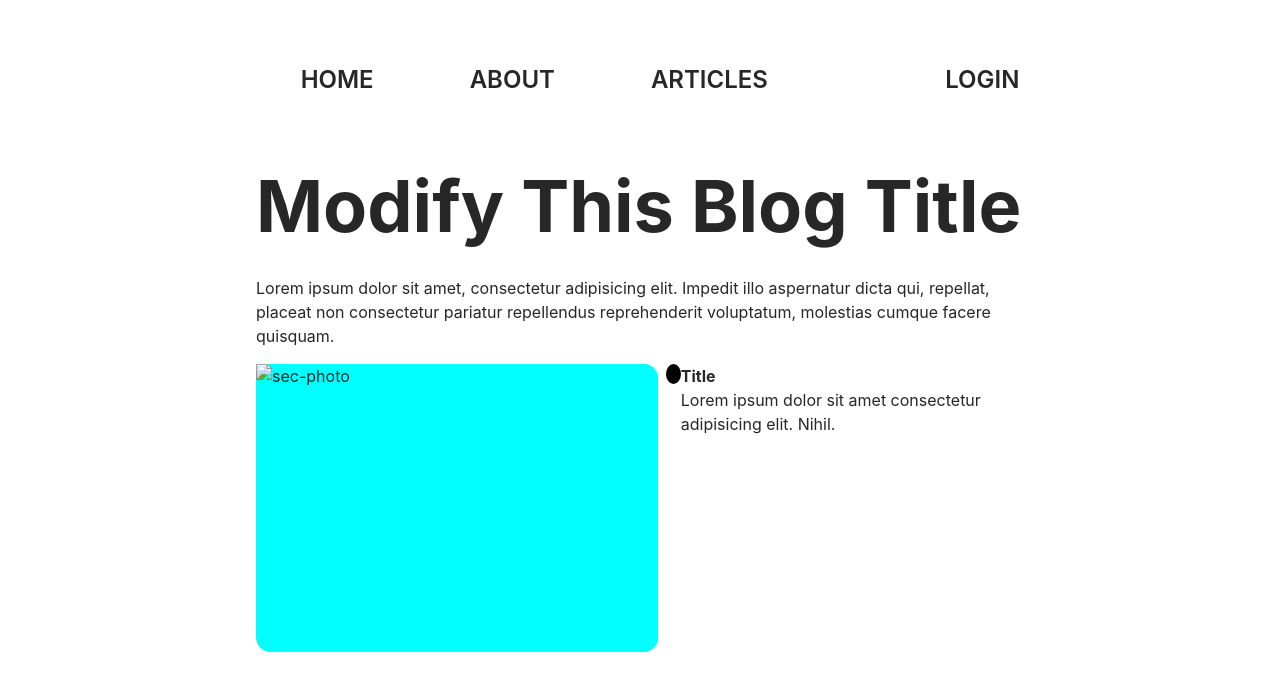
Repository: ValGrace/-static-site
Page: /home (app in client/)
These files come from the project's save history. The page is drawn as it stood at one moment and after the next save; the edit follows.
The browser window is 1280 px wide. The pictures show the whole page.
The project was rebuilt for these pictures with package versions that can differ from the ones it lists, and the page was loaded fresh each time. Also part of the build but not shown: client/vite.config.js, client/src/Utils/appwrite.js, client/src/Components/Inputs.css, client/src/Components/Login.jsx, client/src/Components/Signup.jsx.

Above is the page before, as saved 2023-02-05 12:07:42.

### client/src/main.jsx
import React from 'react'
import ReactDOM from 'react-dom/client'
import App from './App'
import './index.css'
import { BrowserRouter } from 'react-router-dom'
ReactDOM.createRoot(document.getElementById('root')).render(
  <React.StrictMode>
    <BrowserRouter>
    <App />
    </BrowserRouter>
  </React.StrictMode>,
)

### client/src/App.jsx
import PageRouter from './Routing/PageRouter'
import './App.css'

function App() {


  return (
    <div className="App">
      <PageRouter />
    </div>
  )
}

export default App

### client/src/index.css
:root {
  font-family: Inter, system-ui, Avenir, Helvetica, Arial, sans-serif;
  line-height: 1.5;
  font-weight: 400;

  color-scheme: light dark;
  color: rgba(7, 7, 7, 0.87);
  background-color: #ffffff;

  font-synthesis: none;
  text-rendering: optimizeLegibility;
  -webkit-font-smoothing: antialiased;
  -moz-osx-font-smoothing: grayscale;
  -webkit-text-size-adjust: 100%;
}

/* a {
  font-weight: 500;
  color: #646cff;
  text-decoration: inherit;
}
a:hover {
  color: #535bf2;
}

body {
  margin: 0;
  display: flex;
  place-items: center;
  min-width: 320px;
  min-height: 100vh;
}

h1 {
  font-size: 3.2em;
  line-height: 1.1;
}

button {
  border-radius: 8px;
  border: 1px solid transparent;
  padding: 0.6em 1.2em;
  font-size: 1em;
  font-weight: 500;
  font-family: inherit;
  background-color: #1a1a1a;
  cursor: pointer;
  transition: border-color 0.25s;
}
button:hover {
  border-color: #646cff;
}
button:focus,
button:focus-visible {
  outline: 4px auto -webkit-focus-ring-color;
}

@media (prefers-color-scheme: light) {
  :root {
    color: #213547;
    background-color: #ffffff;
  }
  a:hover {
    color: #747bff;
  }
  button {
    background-color: #f9f9f9;
  }
} */

### client/src/Routing/PageRouter.jsx
import Dashboard from "../Pages/Dashboard";
import HomePage from "../Pages/HomePage";
import { Routes, Route} from "react-router-dom"

const PageRouter = () => {
    return (
        <Routes>
            <Route path="/" element={<Dashboard />} />
            <Route path="/home" element={<HomePage />} />
        </Routes>
    )
}

export default PageRouter

### client/src/App.css
.App {
  display: flex;
  flex-direction: column;
  justify-content: center;
  align-items: center;
}

### client/src/Pages/Dashboard.jsx
import React, { useReducer} from 'react'
import Login from '../Components/Login'
import Signup from '../Components/Signup'
import "../Components/Inputs.css"
const initialState = {page : <Login />}
function reducer(state, action) {
    switch(action.type) {
        case 'loginpage':
          return { page: <Login />}
        case 'signuppage':
            return { page: <Signup />}
        default:
            return { page: <h2>Loading....</h2>}
    }
}
const Dashboard = () => {
    const [state, dispatch] = useReducer(reducer, initialState)
    return (
        <div className='dashboard'>
         <h2>Static Site Generator</h2>
         <div>Static site Image</div>
         <div className='dash' id='dash'>
            <div className='toggleForms'>
                <button onClick={() => dispatch({type: 'loginpage'})} className="type-btn">Login</button>
                <button onClick={() => dispatch({type: 'signuppage'})} className="type-btn">Signup</button>
                </div>
            <React.Fragment>{state.page}</React.Fragment>

            <button id="auth-btns">Login with Github account</button>
            <button id="auth-btns">Login with Google account</button>
         </div>
       </div>
    )
}

export default Dashboard

### client/src/Pages/HomePage.jsx
import Navbar from "../Components/Navbar"
import TopSection from "../Components/TopSection"
const HomePage = () => {
    return (
        <>
         <Navbar />
         <TopSection />
        </>
    )
}

export default HomePage

### client/src/Components/Navbar.jsx
import "./Navbar.css"
const Navbar = () => {
    return (
        <nav>
            <ul>
                <li>home</li>
                <li>about</li>
                <li>articles</li>
            </ul>
            <ul>
                <li>Login</li>
            </ul>
        </nav>
    )
}

export default Navbar

### client/src/Components/TopSection.jsx
const TopSection = () => {
    return (
      <>
      <div className="top-text" id="top-text">
      <h2>Modify this blog title</h2>
      <p>Lorem ipsum dolor sit amet, consectetur adipisicing elit. Impedit illo aspernatur dicta qui, repellat, placeat non consectetur pariatur repellendus reprehenderit voluptatum, molestias cumque facere quisquam.</p>
      </div>
      <div className="head-section">
        <div className="head-img">
            <img src="" alt="sec-photo" />
        </div>
        <div className="side-section">
            <div className="side-img">
                <img src="" alt=""/>
            </div>
            <div className="side-blogs">
                <h4>Title</h4>
                <p>Lorem ipsum dolor sit amet consectetur adipisicing elit. Nihil.</p>
            </div>
        </div>
      </div>
      </>
    )
}

export default TopSection

### client/src/Components/Navbar.css
nav {
    width: 70vw;
    height: 20vh;
    display: flex;
}

nav > ul{
  display: flex;
  flex-direction: row;
  text-transform: uppercase;
  list-style-type: none;
  justify-content: center;
  align-items: center;
  gap: 4em;
  font-weight: 600;
  font-size: 1.5rem;
  flex-grow: 1;
}

#top-text {
    width: 60vw;
}

#top-text > h2 {
    font-size: 4.5rem;
    text-transform: capitalize;
    margin: 0;
    /* float: left; */
}

#top-text > p {
    float: right;

}

.head-section {
    display: flex;
    width: 60vw;
    gap: 0.5em;
}

.head-img {
    background-color: aqua;
    width: 70%;
    border-radius: 0.9em;
    height: 40vh;
}

.side-section {
    display: flex;
    flex-direction: row;
}

.side-img {
    background-color: black;
    width: 20px;
    height: 20px;
    border-radius: 50%;
}

.side-blogs > h4, .side-blogs > p {
    margin: 0;
}

Loaded but not shown: client/index.html (common file)

After the next save:
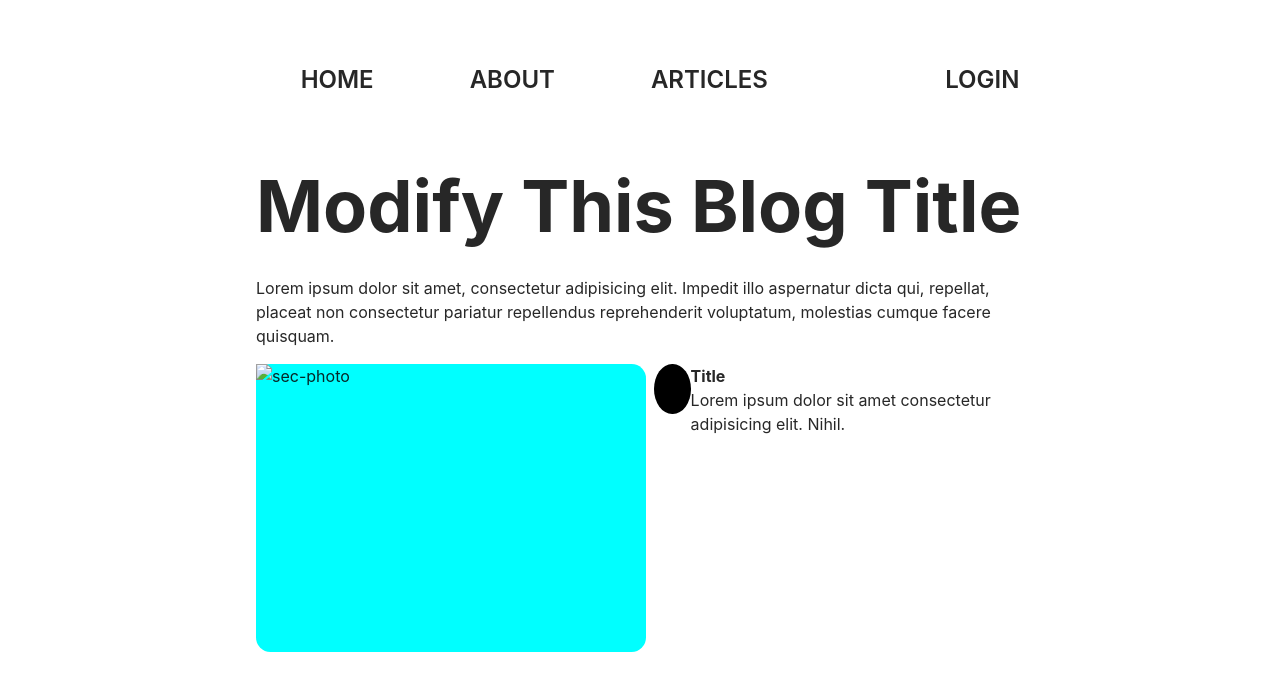
Saved 9 s later.
--- a/client/src/Components/Navbar.css
+++ b/client/src/Components/Navbar.css
@@ -53,8 +53,8 @@ nav > ul{
 
 .side-img {
     background-color: black;
-    width: 20px;
-    height: 20px;
+    width: 50px;
+    height: 50px;
     border-radius: 50%;
 }
 
